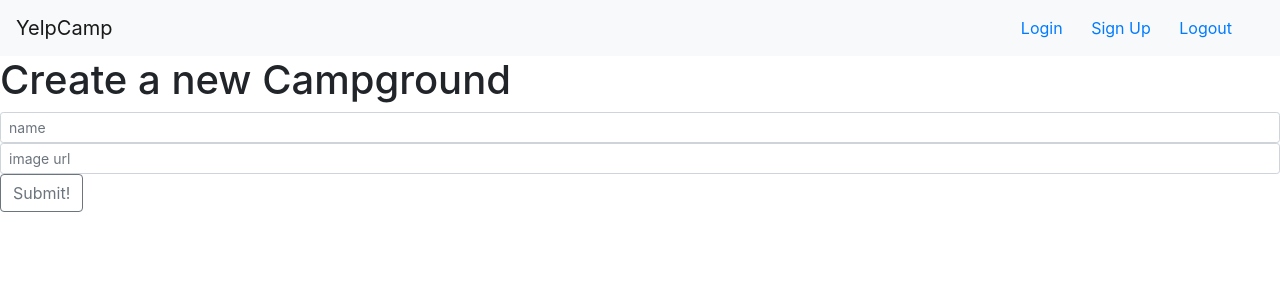
Repository: manojsatya/YelpCamp
Page: http://localhost/campgrounds/new
The author's editor kept a copy of each file at every save. The page is drawn from the files as they stood at one save, then again after the next save.
The browser window is 1280 px wide. The pictures show the whole page.
The page is served by the project's Node server (app.js).

Above is the page before, as saved 2019-06-14 17:47:03.
Console error: TypeError: Cannot read properties of undefined (reading 'fn')

After the next save:
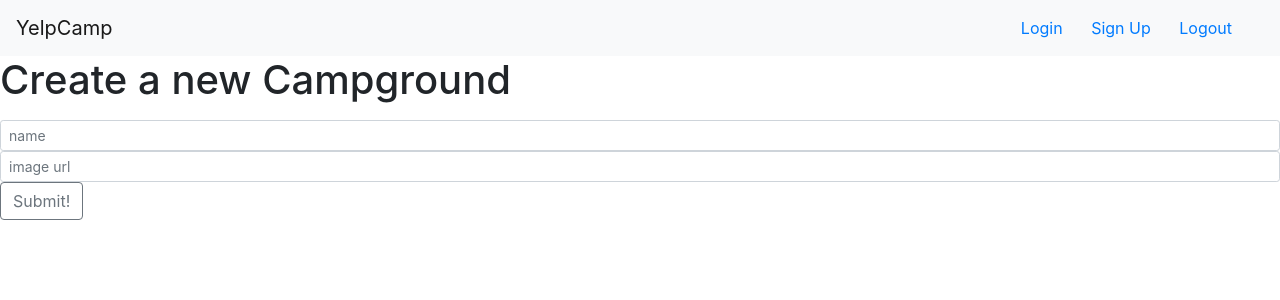
Saved 12 min 2 s later.
--- a/views/new.ejs
+++ b/views/new.ejs
@@ -5,6 +5,7 @@
 <h1>Create a new Campground</h1>
 
 <form action="/campgrounds" method="POST">
+    <div class="form-group"></div>
     <input class="form-control form-control-sm" type="text" name="name" id="" placeholder="name">
     <input class="form-control form-control-sm" type="text" name="image" id="" placeholder="image url">
     <button class="btn btn-outline-secondary"> Submit!</button>
